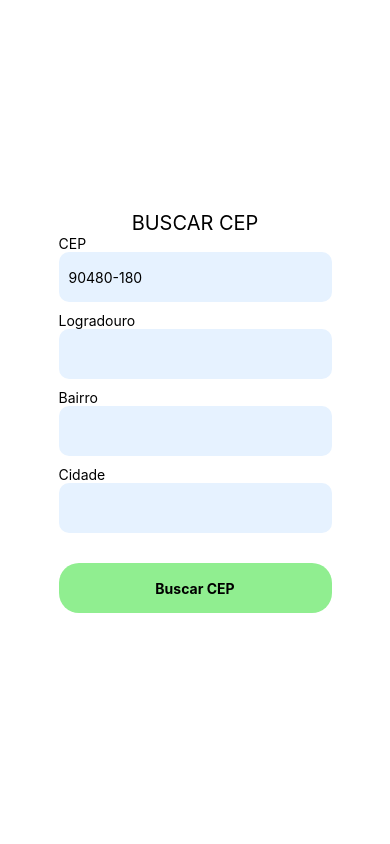
Repository: GustavoMSevero/registerCep
Page: /
These files come from the project's save history. The page is drawn as it stood at one moment and after the next save; the edit follows.
The browser window is 390 px wide. The pictures show the whole page.
The app was drawn by React Native's web renderer in a window 390 px wide. The project was rebuilt for these pictures with package versions that can differ from the ones it lists, and the page was loaded fresh each time.

Above is the page before, as saved 2024-09-16 17:10:50.

### App.js
import axios from 'axios';
import { StatusBar } from 'expo-status-bar';
import { useState } from 'react';
import { StyleSheet, Text, View, TextInput, TouchableOpacity } from 'react-native';

export default function App() {

  const [cep, setCep] = useState(null)
  const [logradouro, setLogradouro] = useState(null)
  const [bairro, setBairro] = useState(null)
  const [localidade, setLocalidade] = useState(null)
  const [uf, setUF] = useState(null)

  async function getCep() {
    let response = await fetch(`https://viacep.com.br/ws/${cep}/json/`);
    let body = await response.json();

    setLogradouro(body.logradouro);
    setBairro(body.bairro);
    setLocalidade(body.localidade);
    setUF(body.uf);

    const result = axios.post("http://localhost:8888/web/apiCep/api.php", {
      ...body,
      option: "register cep"
    });
    console.log(result)
  }

  return (
    <View style={styles.container}>
      <Text style={styles.title}>BUSCAR CEP</Text>
      <View style={styles.viewInput}>
        <Text>CEP</Text>
        <TextInput
          style={styles.input}
          keyboardType='number'
          placeholder='90480-180'
          onChangeText={(number) => setCep(number)}
          value={cep}
        />
      </View>
      <View style={styles.viewInput}>
        <Text>Logradouro</Text>
        <TextInput
          style={styles.input}
          value={logradouro}
        />
      </View>
      <View style={styles.viewInput}>
        <Text>Bairro</Text>
        <TextInput
          style={styles.input}
          value={bairro}
        />
      </View>
      <View style={styles.viewInput}>
        <Text>Cidade</Text>
        <TextInput
          style={styles.input}
          value={localidade}
        />
      </View>
        <TouchableOpacity
          style={styles.button}
          onPress={getCep}
        >
          <Text style={styles.textButton}>Buscar CEP</Text>
        </TouchableOpacity>
        {/* <TouchableOpacity
          style={styles.buttonCadastra}
          onPress={registreCep}
        >
          <Text style={styles.textButtonCadastra}>Cadastra CEP</Text>
        </TouchableOpacity> */}
      <StatusBar style="auto" />
    </View>
  );
}

const styles = StyleSheet.create({
  title: {
    fontSize: 20,
  },
  container: {
    flex: 1,
    backgroundColor: '#fff',
    alignItems: 'center',
    justifyContent: 'center',
  },
  viewInput: {
    width: "70%",
  },
  input: {
    backgroundColor: "#e6f2ff",
    width: "100%",
    height: 50,
    marginBottom: 10,
    borderRadius: 10,
    paddingLeft: 10,
  },
  button: {
    marginTop: 20,
    marginBottom: 20,
    backgroundColor: "lightgreen",
    width: "70%",
    alignItems: "center",
    justifyContent: "center",
    height: 50,
    borderRadius: 20,
  },
  textButton: {
    fontWeight: "bold",
  },
  buttonCadastra: {
    backgroundColor: "lightblue",
    width: "70%",
    alignItems: "center",
    justifyContent: "center",
    height: 50,
    borderRadius: 20,
  },
  textButtonCadastra: {
    fontWeight: "bold",
  }
});

After the next save:
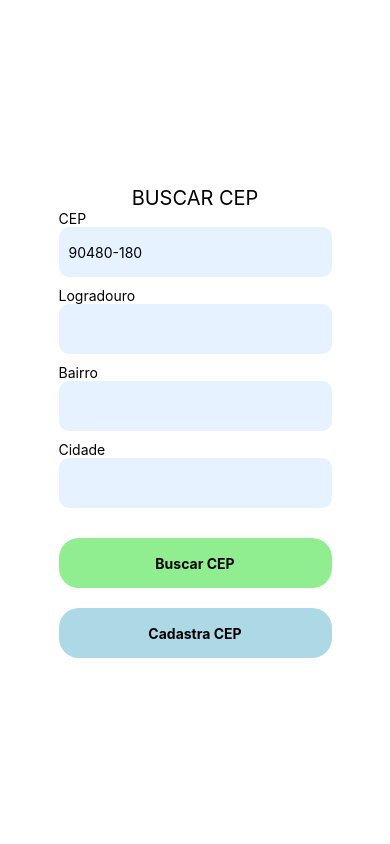
Saved 53 min 36 s later.
--- a/App.js
+++ b/App.js
@@ -10,6 +10,7 @@ export default function App() {
   const [bairro, setBairro] = useState(null)
   const [localidade, setLocalidade] = useState(null)
   const [uf, setUF] = useState(null)
+  const {dataCep, setDataCep} = useState([]);
 
   async function getCep() {
     let response = await fetch(`https://viacep.com.br/ws/${cep}/json/`);
@@ -20,11 +21,16 @@ export default function App() {
     setLocalidade(body.localidade);
     setUF(body.uf);
 
-    const result = axios.post("http://localhost:8888/web/apiCep/api.php", {
-      ...body,
-      option: "register cep"
-    });
-    console.log(result)
+    setDataCep(body)
+  }
+
+  async function registerCep() {
+    console.log(dataCep);
+    // const result = await axios.post("http://localhost:8888/web/apiCep/api.php", {
+    //   ...body,
+    //   option: "register cep"
+    // });
+    // console.log(result)
   }
 
   return (
@@ -67,12 +73,12 @@ export default function App() {
         >
           <Text style={styles.textButton}>Buscar CEP</Text>
         </TouchableOpacity>
-        {/* <TouchableOpacity
+        <TouchableOpacity
           style={styles.buttonCadastra}
-          onPress={registreCep}
+          onPress={registerCep}
         >
           <Text style={styles.textButtonCadastra}>Cadastra CEP</Text>
-        </TouchableOpacity> */}
+        </TouchableOpacity>
       <StatusBar style="auto" />
     </View>
   );
